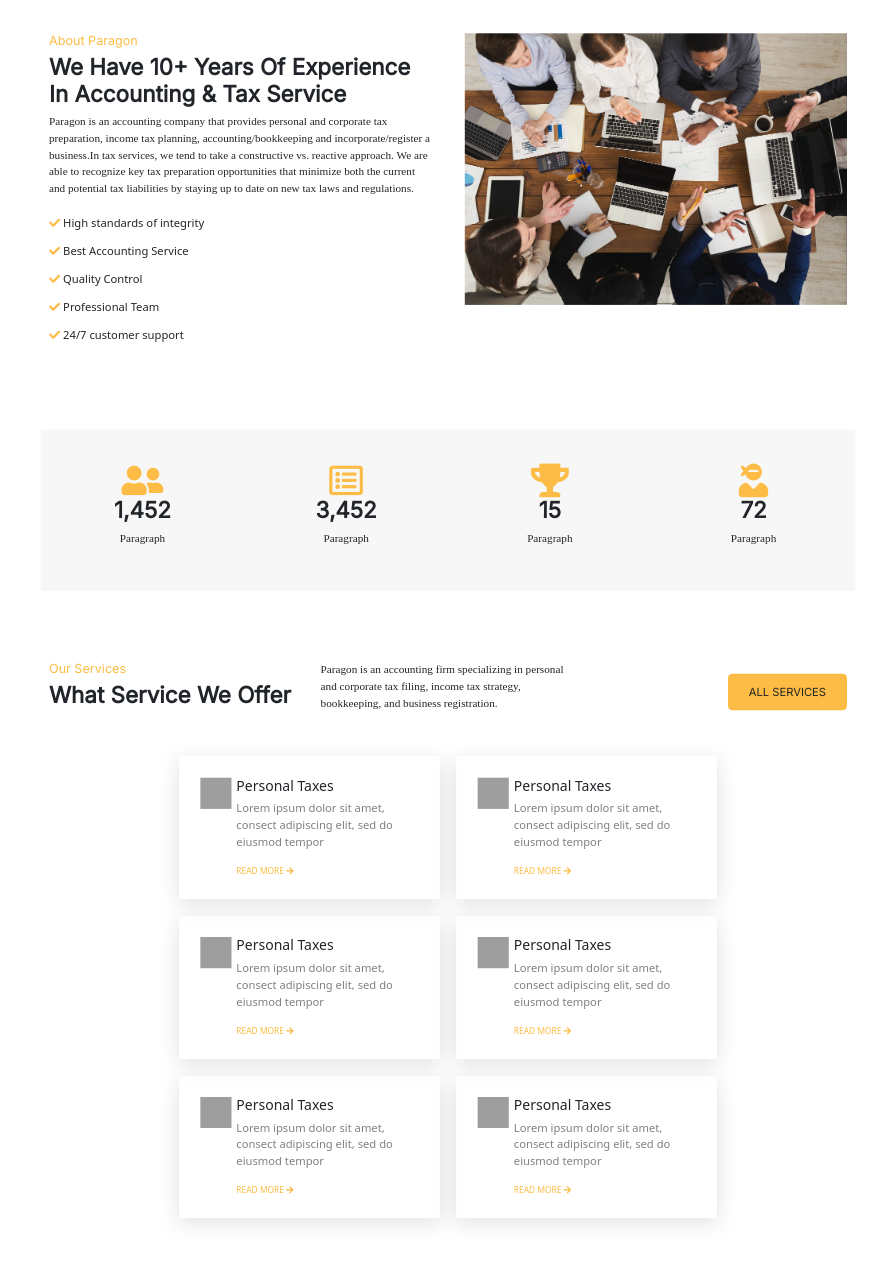
Repository: FailureMaster/paragonaccounting
Page: index.html
The author's editor kept a copy of each file at every save. The page is drawn from the files as they stood at one save, then again after the next save.
The browser window is 1280 px wide. The pictures show the part of the page from y = 972 to 2892 px (the page is 2812 px tall before and 2892 px after), at 70% of full size.
Pictures or frames that could not be fetched are drawn as grey boxes. Some web fonts or font styles are not loaded; a fallback is used.

Above is the page before, as saved 2022-12-21 00:54:45.

After the next save:
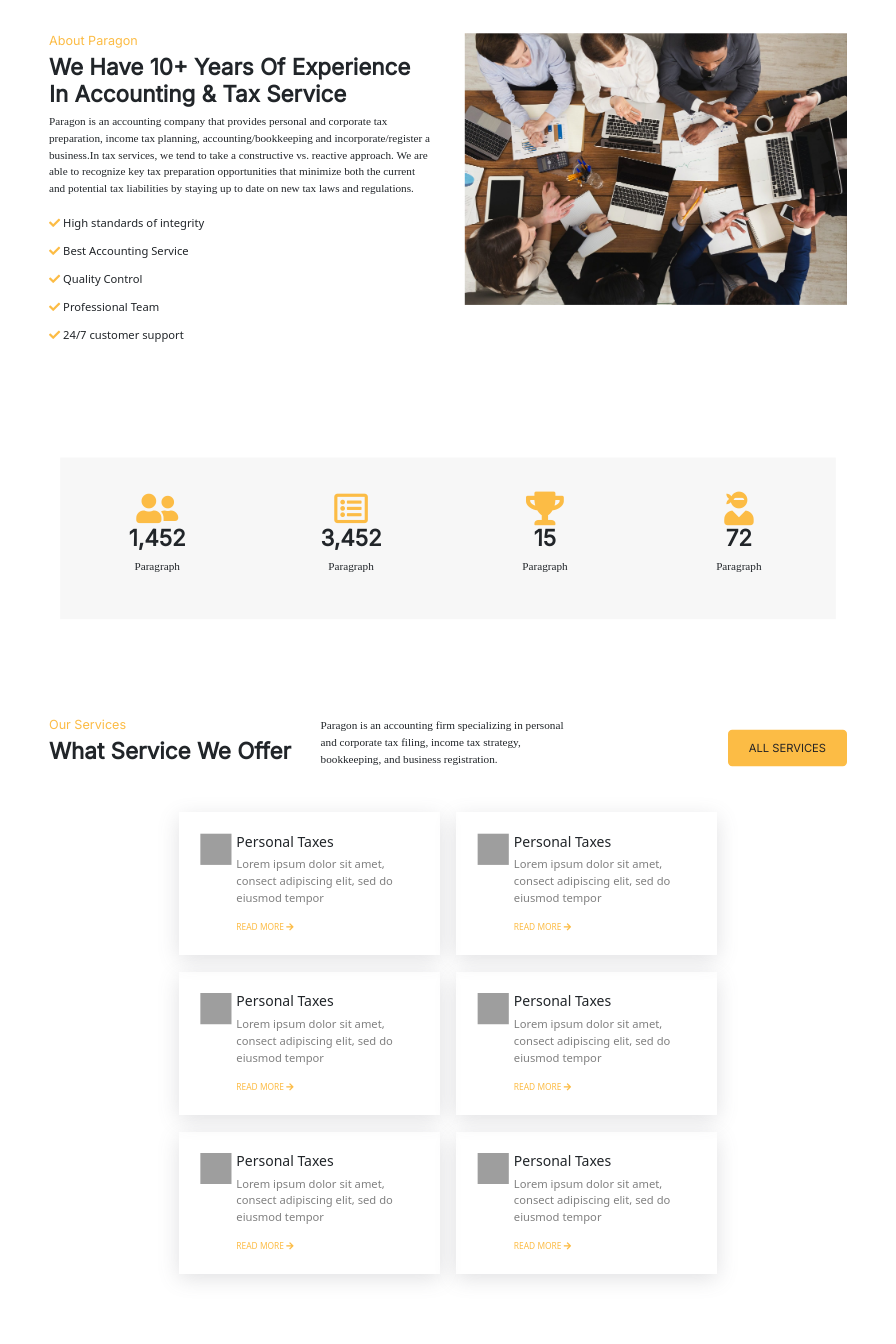
Saved 7 s later.
--- a/index.html
+++ b/index.html
@@ -74,7 +74,7 @@
             <div class="col"><img src="assets/img/about%20image.jpg" style="width: 100%;"></div>
         </div>
     </section>
-    <section class="container">
+    <section class="container" style="padding: 40px;">
         <div class="row gx-5 gy-0 py-5" style="background: #f7f7f7;">
             <div class="col text-center"><i class="fas fa-user-friends par-counting-icon"></i>
                 <h2 class="par-h2">1,452</h2>
